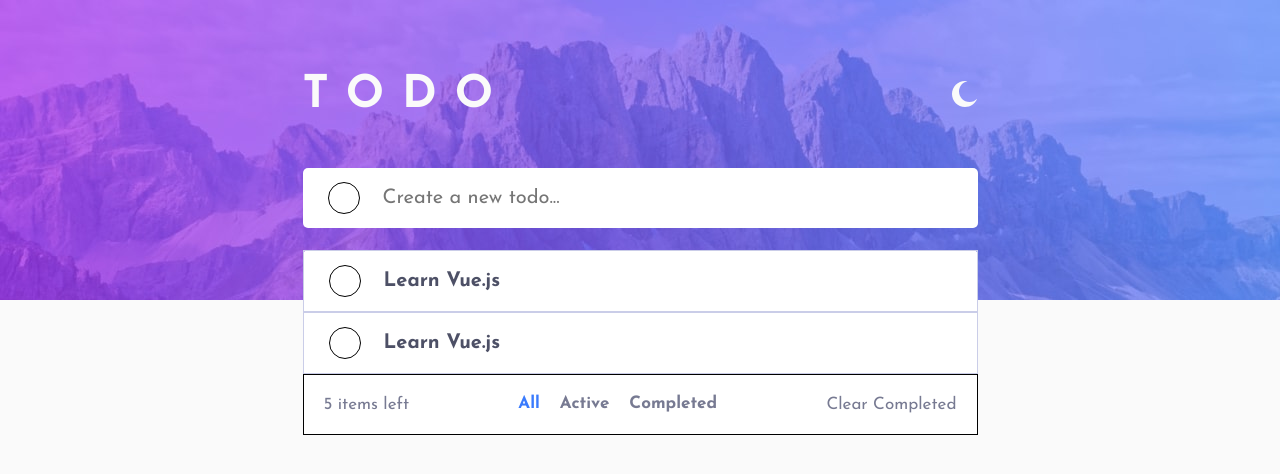
Repository: tomas938/todo-app
Page: /
An editor plug-in stored every save of this project. The page is shown before and after the next save, followed by the edit.
The browser window is 1280 px wide. The pictures show the whole page.
The project was rebuilt for these pictures with package versions that can differ from the ones it lists, and the page was loaded fresh each time.

Above is the page before, as saved 2021-08-18 12:07:57.

### src/main.js
import { createApp } from "vue";
import App from "./App.vue";
import router from "./router";

createApp(App)
	.use(router)
	.mount("#app");

### src/App.vue
<template>
	<router-view />
</template>

<style lang="scss">
@import "/src/scss/_variables";
:root {
	.dark {
		--items-bg-color: hsl(235, 24%, 19%);
		--body-bg: hsl(235, 21%, 11%);
	}
	.light {
		--items-bg-color: hsl(0, 0%, 100%);
		--body-bg: hsl(0, 0%, 98%);
		--todo-text: hsl(233, 14%, 35%);
		--todo-border: hsl(234, 39%, 85%);
	}
}
* {
	margin: 0;
	padding: 0;
	box-sizing: border-box;
}
html {
	font-size: 62.5%;
}
body {
	font-size: 1.8rem;
	font-family: $font-primary;
	background-color: var(--body-bg);
}

li {
	list-style: none;
}
</style>

### src/router/index.js
import { createRouter, createWebHashHistory } from "vue-router";
import Home from "../views/Home.vue";

const routes = [
	{
		path: "/",
		name: "Home",
		component: Home,
	},
];

const router = createRouter({
	history: createWebHashHistory(),
	routes,
});

export default router;

### src/scss/_variables.scss
// LINK COLLORS-PRIMARY //

$primary: hsl(220, 98%, 61%);
$primary-bg: linear-gradient hsl(192, 100%, 67%) to hsl(280, 87%, 65%);

// LINK LIGHT THEME //

$light-gray: hsl(0, 0%, 98%);
$very-light-grayish-blue: hsl(236, 33%, 92%);
$light-grayish-blue: hsl(233, 11%, 84%);
$dark-grayish-blue: hsl(236, 9%, 61%);
$very-dark-grayish-blue: hsl(235, 19%, 35%);

// LINK DARK THEME //

$very-dark-blue: hsl(235, 21%, 11%);
$dark-desaturated-blue: hsl(235, 24%, 19%);
$light-grayish-blue--dark: hsl(234, 39%, 85%);
$light-grayish-blue--dark-hover: hsl(236, 33%, 92%);
$dark-grayish-blue--dark: hsl(234, 11%, 52%);
$very-dark-grayish-blue--dark: hsl(233, 14%, 35%);
$very-dark-grayish-blue--dark-2: hsl(237, 14%, 26%);

// LINK FONT //

@import url("https://fonts.googleapis.com/css2?family=Josefin+Sans:wght@400;700&display=swap");
$font-primary: "Josefin Sans", sans-serif;
$light: 400;
$bold: 700;

### src/views/Home.vue
<template>
	<Header />
	<Todos />
</template>

<script>
import Header from "../components/Header";
import Todos from "../components/Todos.vue";
export default {
	components: {
		Header,
		Todos,
	},
};
</script>
<style lang="scss"></style>

### src/components/Header.vue
<template>
	<header>
		<nav class="nav container">
			<div class="nav__title">
				<h1>todo</h1>
			</div>
			<svg
				v-if="ligth"
				@click="changeTheme"
				class="nav__theme"
				xmlns="http://www.w3.org/2000/svg"
				width="26"
				height="26"
			>
				<path
					fill="#fafafa"
					fill-rule="evenodd"
					d="M13 0c.81 0 1.603.074 2.373.216C10.593 1.199 7 5.43 7 10.5 7 16.299 11.701 21 17.5 21c2.996 0 5.7-1.255 7.613-3.268C23.22 22.572 18.51 26 13 26 5.82 26 0 20.18 0 13S5.82 0 13 0z"
				/>
			</svg>
			<svg
				v-else
				@click="changeTheme"
				xmlns="http://www.w3.org/2000/svg"
				width="26"
				height="26"
			>
				<path
					fill="#fafafa"
					fill-rule="evenodd"
					d="M13 21a1 1 0 011 1v3a1 1 0 11-2 0v-3a1 1 0 011-1zm-5.657-2.343a1 1 0 010 1.414l-2.121 2.121a1 1 0 01-1.414-1.414l2.12-2.121a1 1 0 011.415 0zm12.728 0l2.121 2.121a1 1 0 01-1.414 1.414l-2.121-2.12a1 1 0 011.414-1.415zM13 8a5 5 0 110 10 5 5 0 010-10zm12 4a1 1 0 110 2h-3a1 1 0 110-2h3zM4 12a1 1 0 110 2H1a1 1 0 110-2h3zm18.192-8.192a1 1 0 010 1.414l-2.12 2.121a1 1 0 01-1.415-1.414l2.121-2.121a1 1 0 011.414 0zm-16.97 0l2.121 2.12A1 1 0 015.93 7.344L3.808 5.222a1 1 0 011.414-1.414zM13 0a1 1 0 011 1v3a1 1 0 11-2 0V1a1 1 0 011-1z"
				/>
			</svg>
		</nav>
		<div class="new-todo">
			<input type="text" placeholder="Create a new todo..." />
		</div>
	</header>
</template>

<script>
export default {
	data() {
		return {
			ligth: true,
			body: document.body,
		};
	},
	methods: {
		changeTheme() {
			this.ligth = !this.ligth;
			if (!this.ligth) {
				this.body.classList.remove("light");
				this.body.classList.add("dark");
			} else {
				this.body.classList.remove("dark");
				this.body.classList.add("light");
			}
		},
	},
	mounted() {
		this.body.classList.add("light");
	},
};
</script>

<style lang="scss" scoped>
@import "/src/scss/_variables";

header {
	height: 30rem;
	display: flex;
	flex-direction: column;
	align-items: center;
	justify-content: center;
	gap: 5rem;
	padding: 3rem;
	background-image: url(../assets/bg-desktop-light.jpg);
	background-repeat: no-repeat;
	background-size: cover;
}
.nav {
	max-width: 67.5rem;
	width: 100%;
	display: flex;
	justify-content: space-between;
	align-items: baseline;
	&__title h1 {
		font-size: 4.5rem;
		letter-spacing: 1.8rem;
		text-transform: uppercase;
	}

	svg {
		cursor: pointer;
	}
}
.new-todo {
	max-width: 67.5rem;
	width: 100%;
	position: relative;
	&::before {
		content: "";
		position: absolute;
		top: 50%;
		transform: translateY(-50%);
		left: 2.5rem;
		width: 3rem;
		height: 3rem;
		border-radius: 50%;
		border: 1px solid black;
	}
}
input {
	width: 100%;
	outline: none;
	border: none;
	padding: 2rem;
	padding-left: 8rem;
	border-radius: 0.5rem;
	font-size: 2rem;
	font-family: $font-primary;
	font-weight: $light;
}
h1 {
	color: $light-gray;
}
</style>

### src/components/Todos.vue
<template>
	<main>
		<ul class="todos">
			<li class="todo-item">
				<span>Learn Vue.js</span>
			</li>
			<li class="todo-item">
				<span>Learn Vue.js</span>
			</li>
			<div class="filters">
				<div class="items-left">
					<span>5 items left</span>
				</div>
				<div class="filter">
					<span>All</span>
					<span>Active</span>
					<span>Completed</span>
				</div>
				<div class="clear">
					<span>Clear Completed</span>
				</div>
			</div>
		</ul>
	</main>
</template>

<script>
export default {};
</script>

<style lang="scss" scoped>
@import "/src/scss/_variables";

main {
	display: flex;
	justify-content: center;
	transform: translateY(-5rem);
}
.todos {
	max-width: 67.5rem;
	width: 100%;
	border-radius: 0.5rem;
	background-color: var(--items-bg-color);
}
.todo-item {
	position: relative;
	width: 100%;
	padding: 2rem;
	padding-left: 8rem;
	font-size: 2rem;
	font-family: $font-primary;
	font-weight: $bold;
	color: var(--todo-text);
	border: 1px solid var(--todo-border);

	// FIXME maybe group styling //
	&::before {
		cursor: pointer;
		content: "";
		position: absolute;
		top: 50%;
		transform: translateY(-50%);
		left: 2.5rem;
		width: 3rem;
		height: 3rem;
		border-radius: 50%;
		border: 1px solid black;
	}
	&::after {
		opacity: 0;
		cursor: pointer;
		content: "";
		position: absolute;
		right: 2.5rem;
		width: 2.6rem;
		height: 2.6rem;
		background-image: url(../assets/icon-cross.svg);
		background-repeat: no-repeat;
	}
	&:hover:after {
		transition: opacity 0.5s ease-in-out;
		opacity: 1;
	}
}
.filters {
	display: flex;
	justify-content: space-between;
	border: 1px solid black;
	padding: 2rem;
	.filter {
		display: flex;
		gap: 2rem;
		span {
			font-weight: $bold;
			&:first-child {
				color: $primary;
			}
		}
	}
	.items-left {
		span {
			cursor: auto;
		}
	}
	span {
		color: $dark-grayish-blue--dark;
		cursor: pointer;
		font-size: 1.7rem;
	}
}
</style>

Loaded but not shown: public/index.html (common file)

After the next save:
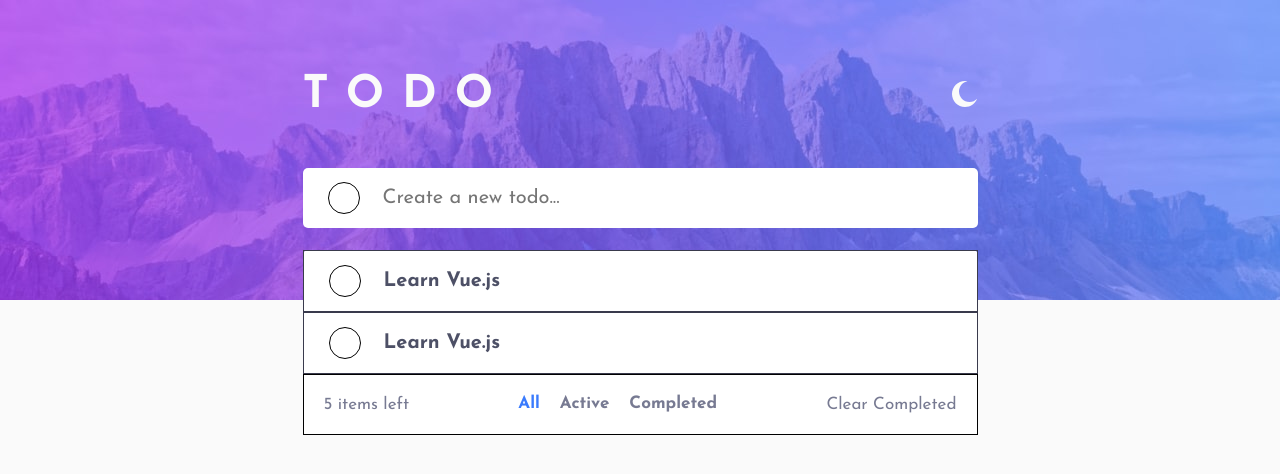
Saved 80 s later.
--- a/src/App.vue
+++ b/src/App.vue
@@ -13,7 +13,7 @@
 		--items-bg-color: hsl(0, 0%, 100%);
 		--body-bg: hsl(0, 0%, 98%);
 		--todo-text: hsl(233, 14%, 35%);
-		--todo-border: hsl(234, 39%, 85%);
+		--todo-border: hsl(237, 14%, 26%);
 	}
 }
 * {
